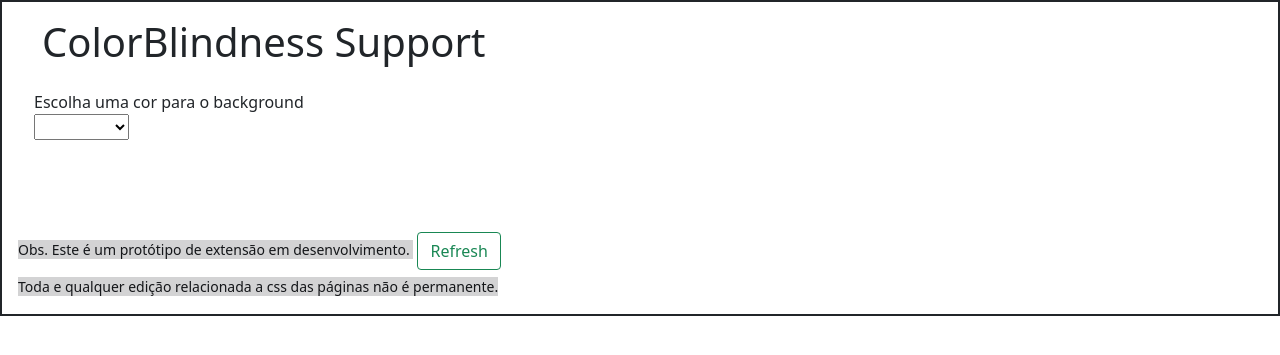
Repository: pedrosiqueira/daltonchrome
Page: popup.html
The author's editor kept a copy of each file at every save. The page is drawn from the files as they stood at one save, then again after the next save.
The browser window is 1280 px wide. The pictures show the whole page.

Above is the page before, as saved 2022-06-17 13:23:20.

### popup.html
<!DOCTYPE html>
<html>

<head>
    <meta charset="utf-8" />
    <link href="css/vendor/bootstrap.min.css" rel="stylesheet" crossorigin="anonymous">
    <link rel="stylesheet" type="text/css" href="css/popup.css" />
</head>

<body class="p-3 flex border border-dark border-2 ">

    <div class="container flex row">

        <h1 class="form-title"> ColorBlindness Support </h1>
        <!--  <div class="form-check form-switch col">
            <input class="form-check-input" type="checkbox" id="flexSwitchCheckChecked">
            <label class="form-check-label" for="flexSwitchCheckChecked" id="MeuSwitch">Ativar extensão</label>
        </div>
        <button id="meubotao" type="button" class="btn row w-10 h-15 btn-dark">
            Clique-me
        </button> -->
    </div>

    <div class="p-3">
        <label for="cores">Escolha uma cor para o background</label>
        <br>
        <select name="cores" id="cores">
            <option value="#"> </option>
            <option value="red">Vermelho</option>
            <option value="green">Verde</option>
            <option value="blue">Azul</option>
        </select>
    </div>
    <br> <br><br>
    <alert id="alert" class="alert-dark form-text">Obs. Este é um protótipo de extensão em desenvolvimento.
    </alert>
        <button id="refresh" class="btn btn-outline-success m-1"type="button">
            Refresh
            </button>
        <br>
        <alert id="alert" class="alert-dark form-text">
    Toda e qualquer edição relacionada a css das páginas não é permanente.
    </alert>


    <script src="js/vendor/jquery-3.6.0.min.js"></script>
    <script src="js/vendor/bootstrap.bundle.min.js"></script>
    <script src="js/popup.js"></script>
</body>

</html>

### css/popup.css
body {
    min-width:600px;
    min-height:300px;
}

#table-wrapper {
    position:relative;
    white-space: nowrap;
}
#table-scroll {
    overflow:auto;
    margin-top:20px;
}
#table-wrapper table {
    width:100%;

}

#table-wrapper table thead th .text {
    position:absolute;
    top:-20px;
    z-index:2;
    height:20px;
    width:35%;
    border:1px solid red;
}

#table-wrapper table tbody td{
    border: 1px solid black;
}

### js/popup.js
start()

function start() {
    $("#meubotao").click(umafuncao)
}

function ativar(){
    $("#MeuSwitch")
}


async function umafuncao() {

    // obtém a aba atual
    [currentTab] = await chrome.tabs.query({ active: true, currentWindow: true });

    // envia mensagem para a aba atual
    chrome.tabs.sendMessage(currentTab.id, { nome: "Carol", curso: "TADS", orientador: "pedro" }, callback);


}

// funcao que recebe a resposta da mensagem que foi enviada para alguma aba
function callback(response) {
    console.log("ufa, a mensagem conseguiu chegar!")
    console.log(response)
}

Loaded but not shown: css/vendor/bootstrap.min.css (library); js/vendor/jquery-3.6.0.min.js (library); js/vendor/bootstrap.bundle.min.js (library)

After the next save:
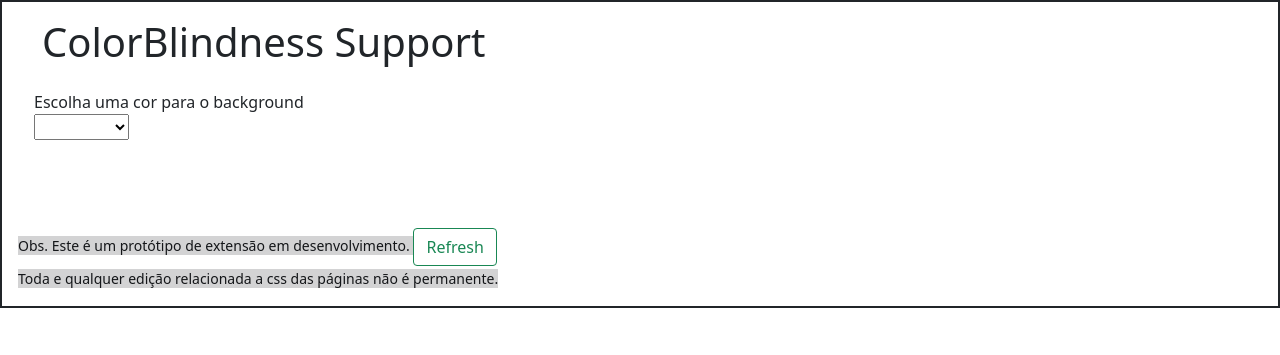
Saved 68 s later.
--- a/popup.html
+++ b/popup.html
@@ -34,7 +34,7 @@
     <br> <br><br>
     <alert id="alert" class="alert-dark form-text">Obs. Este é um protótipo de extensão em desenvolvimento.
     </alert>
-        <button id="refresh" class="btn btn-outline-success m-1"type="button">
+        <button id="refresh" class="btn btn-outline-success margin-left-5"type="button">
             Refresh
             </button>
         <br>

After the 2 saves that followed:
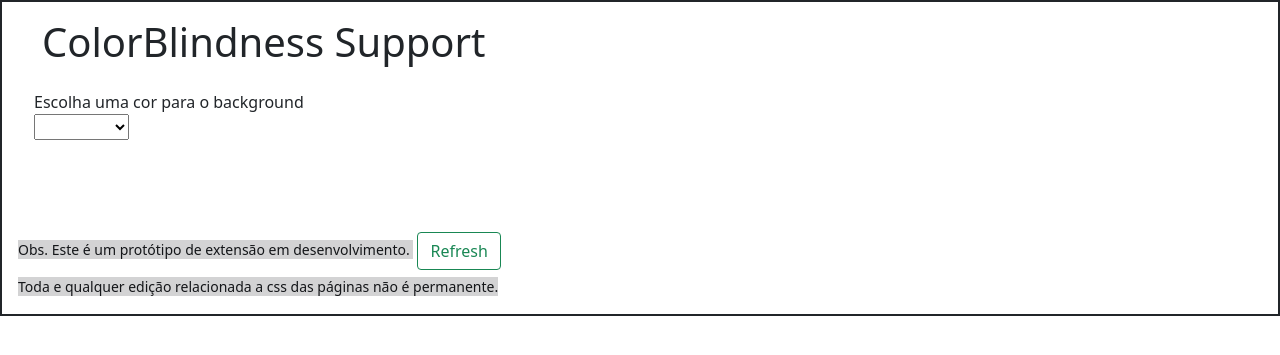
The 2 saves are shown as one change because 1 left the picture as it was.
The last was saved 18 s later.
--- a/popup.html
+++ b/popup.html
@@ -34,7 +34,7 @@
     <br> <br><br>
     <alert id="alert" class="alert-dark form-text">Obs. Este é um protótipo de extensão em desenvolvimento.
     </alert>
-        <button id="refresh" class="btn btn-outline-success margin-left-5"type="button">
+        <button id="refresh" class="btn btn-outline-success m-1"type="button">
             Refresh
             </button>
         <br>
